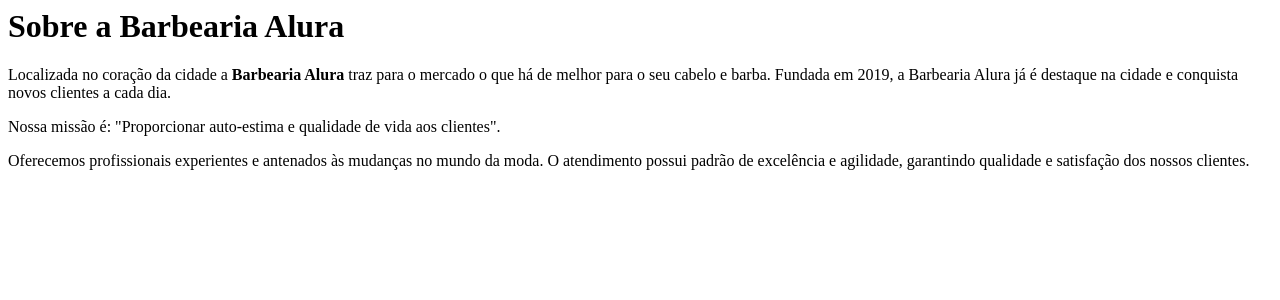
Repository: RenatoCCS/Barbearia_Alura
Page: index.html
An editor plug-in stored every save of this project. The page is shown before and after the next save, followed by the edit.
The browser window is 1280 px wide. The pictures show the whole page.

Above is the page before, as saved 2022-10-13 21:19:26.

### index.html
<h1>Sobre a Barbearia Alura</h1>

<p>
  Localizada no coração da cidade a <strong>Barbearia Alura</strong> traz para o
  mercado o que há de melhor para o seu cabelo e barba. Fundada em 2019, a
  Barbearia Alura já é destaque na cidade e conquista novos clientes a cada dia.
</p>

<p>
  Nossa missão é: "Proporcionar auto-estima e qualidade de vida aos clientes".
</p>

<p>
  Oferecemos profissionais experientes e antenados às mudanças no mundo da moda.
  O atendimento possui padrão de excelência e agilidade, garantindo qualidade e
  satisfação dos nossos clientes.
</p>

After the next save:
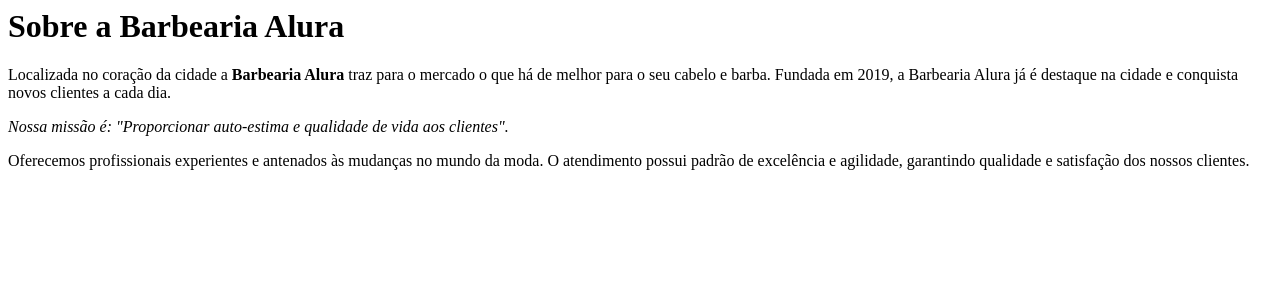
Saved 16 s later.
--- a/index.html
+++ b/index.html
@@ -7,7 +7,9 @@
 </p>
 
 <p>
-  Nossa missão é: "Proporcionar auto-estima e qualidade de vida aos clientes".
+  <em>
+    Nossa missão é: "Proporcionar auto-estima e qualidade de vida aos clientes".
+  </em>
 </p>
 
 <p>
